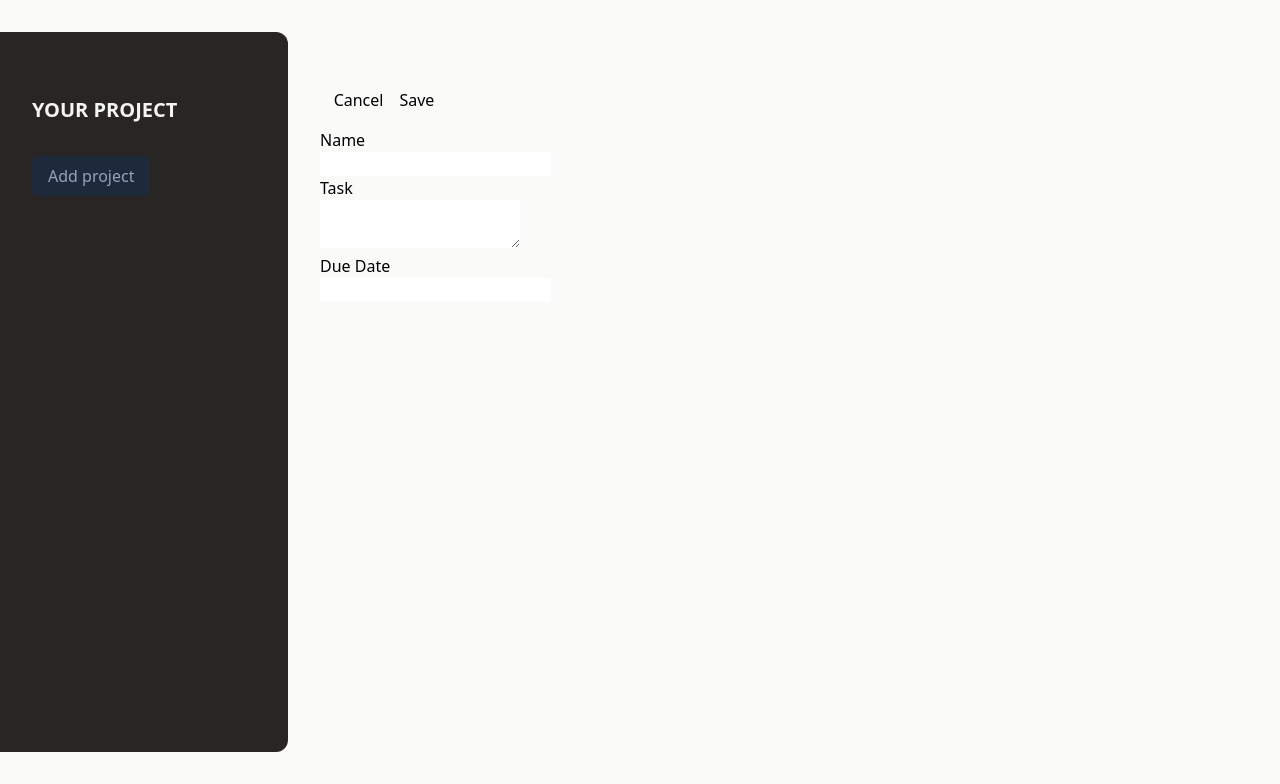
Repository: sibi24sibi/todo-list-using-reactjs
Page: /
The author's editor kept a copy of each file at every save. The page is drawn from the files as they stood at one save, then again after the next save.
The browser window is 1280 px wide. The pictures show the whole page.
The project was rebuilt for these pictures with package versions that can differ from the ones it lists, and the page was loaded fresh each time. Also part of the build but not shown: vite.config.js.

Above is the page before, as saved 2024-06-24 12:04:50.

After the next save:
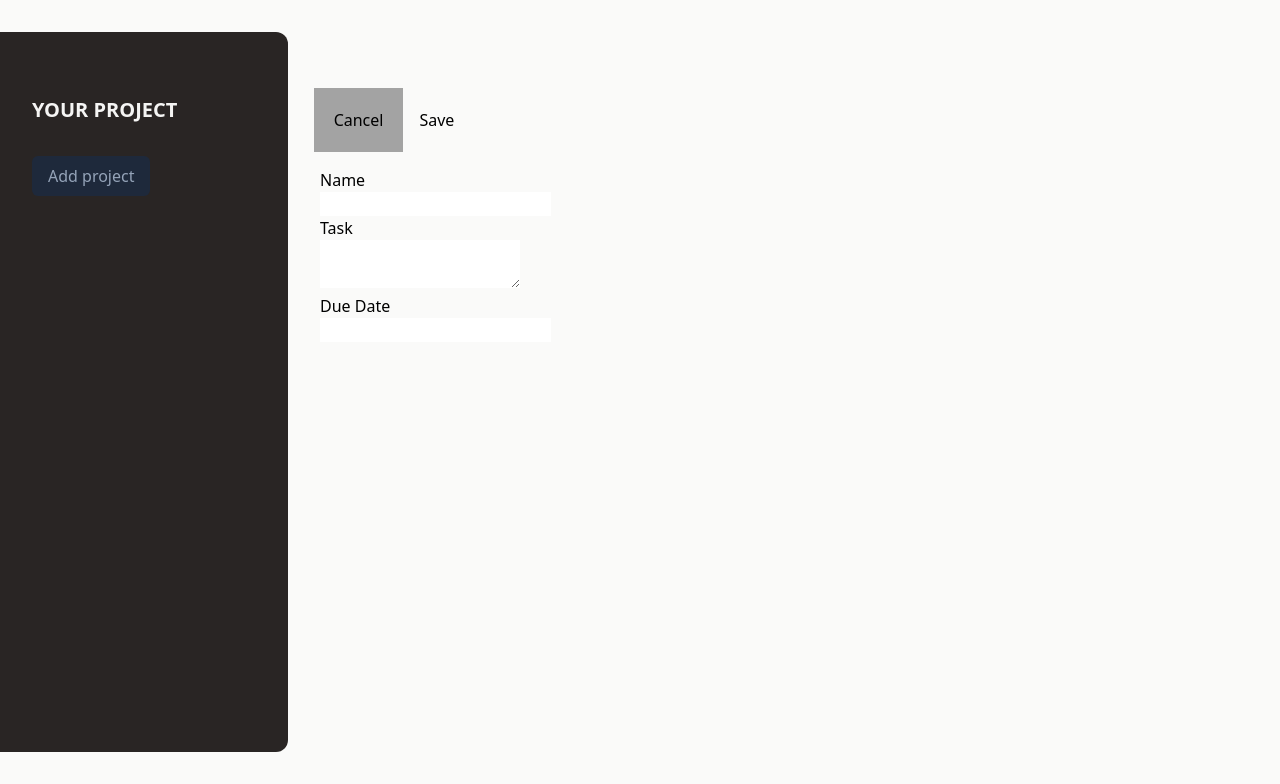
Saved 62 s later.
--- a/src/assets/Components/Input/NewProjects.jsx
+++ b/src/assets/Components/Input/NewProjects.jsx
@@ -5,7 +5,7 @@ export default function NewPoject() {
     <div className=" w-32 my-10">
       <menu className="flex items-center justify-center gap-4 my-4">
         <li>
-          <button>Cancel</button>
+          <button className="p-5 bg-neutral-400 ">Cancel</button>
         </li>
         <li>
           <button>Save</button>
